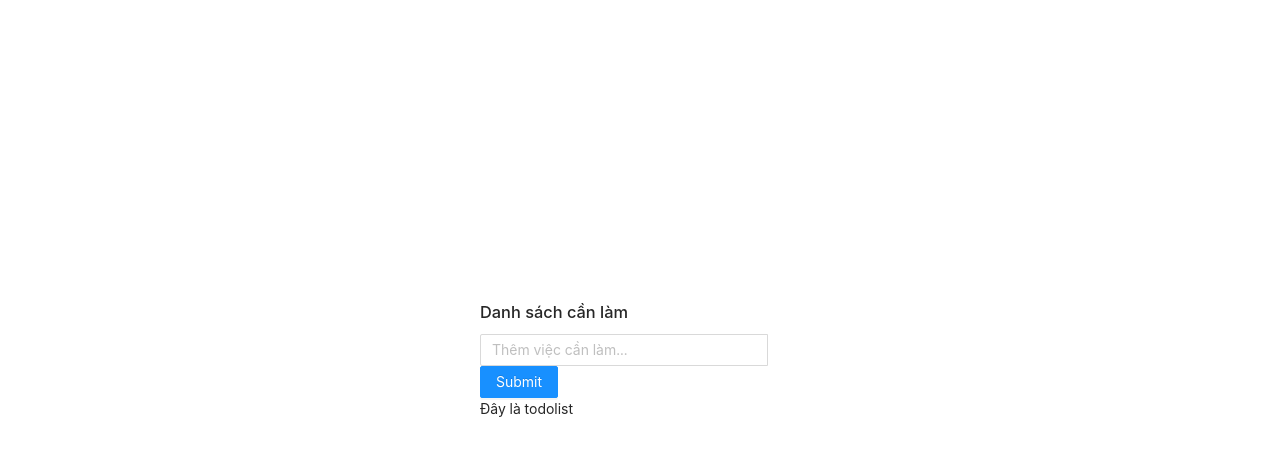
Repository: tiendungjr123/Todo-App
Page: /
The author's editor kept a copy of each file at every save. The page is drawn from the files as they stood at one save, then again after the next save.
The browser window is 1280 px wide. The pictures show the whole page.
The project was rebuilt for these pictures with package versions that can differ from the ones it lists, and the page was loaded fresh each time.

Above is the page before, as saved 2022-09-22 10:00:33.

### src/index.js
import React from 'react';
import ReactDOM from 'react-dom/client';
import './index.css';
import App from './App';
import 'antd/dist/antd.css';
const root = ReactDOM.createRoot(document.getElementById('root'));
root.render(
  <React.StrictMode>
    <App />
  </React.StrictMode>
);

### src/index.css
body {
  margin: 0;
  font-family: -apple-system, BlinkMacSystemFont, 'Segoe UI', 'Roboto', 'Oxygen',
    'Ubuntu', 'Cantarell', 'Fira Sans', 'Droid Sans', 'Helvetica Neue',
    sans-serif;
  display: flex;
  justify-content: center;
  align-items: center;
  padding: 20px;
}

code {
  font-family: source-code-pro, Menlo, Monaco, Consolas, 'Courier New',
    monospace;
}

### src/App.js
import TodoList from "./component/TodoList";
import { Input, Button } from "antd";

function App() {
  return (
    <>
      <h3>Danh sách cần làm</h3>
      <Input.Group>
        <Input placeholder="Thêm việc cần làm..."
        style={{
          width:'90%',
        }}
        />
        <Button type="primary">Submit</Button>
      </Input.Group>
      <TodoList />
    </>
  );
}

export default App;

### src/component/TodoList.jsx
import React from "react";
export default function TodoList() {
  return (
    <div>
      Đây là todolist
    </div>
  );
}

Loaded but not shown: public/index.html (common file)

After the next save:
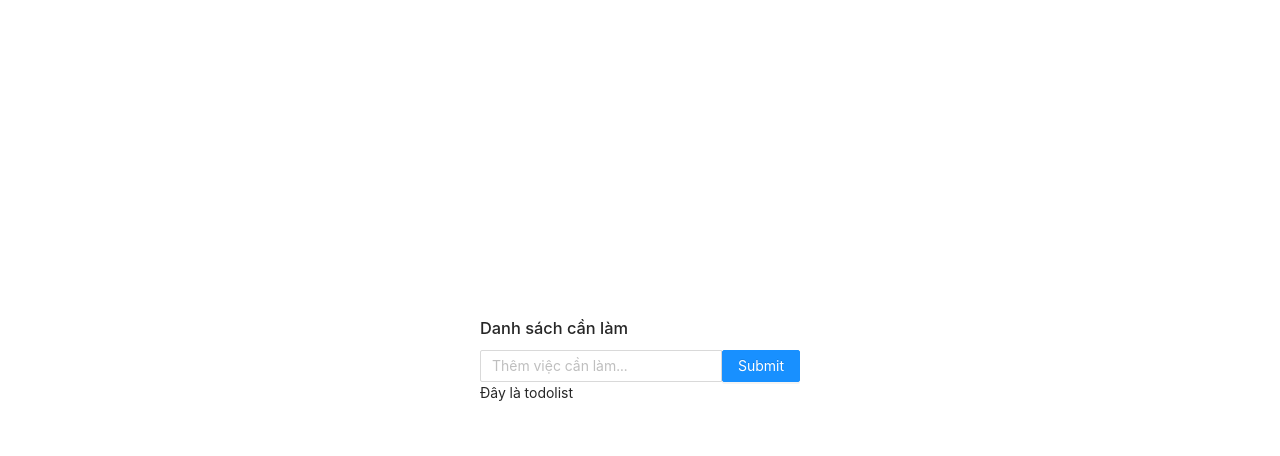
Saved 23 s later.
--- a/src/App.js
+++ b/src/App.js
@@ -5,11 +5,11 @@ function App() {
   return (
     <>
       <h3>Danh sách cần làm</h3>
-      <Input.Group>
+      <Input.Group style={{
+          display:'flex',
+        }} >
         <Input placeholder="Thêm việc cần làm..."
-        style={{
-          width:'90%',
-        }}
+
         />
         <Button type="primary">Submit</Button>
       </Input.Group>
